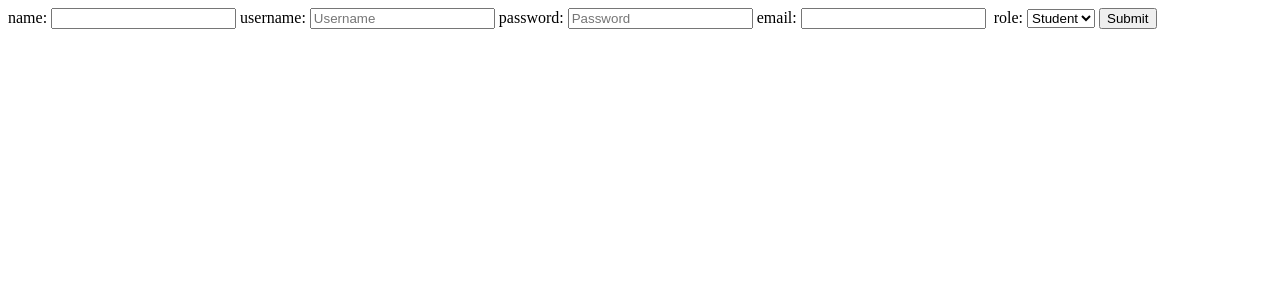
Repository: kkale14/My_allpr
Page: Kalyani1/src/main/webapp/Reg.html
These files come from the project's save history. The page is drawn as it stood at one moment and after the next save; the edit follows.
The browser window is 1280 px wide. The pictures show the whole page.

Above is the page before, as saved 2025-03-04 06:53:08.

After the next save:
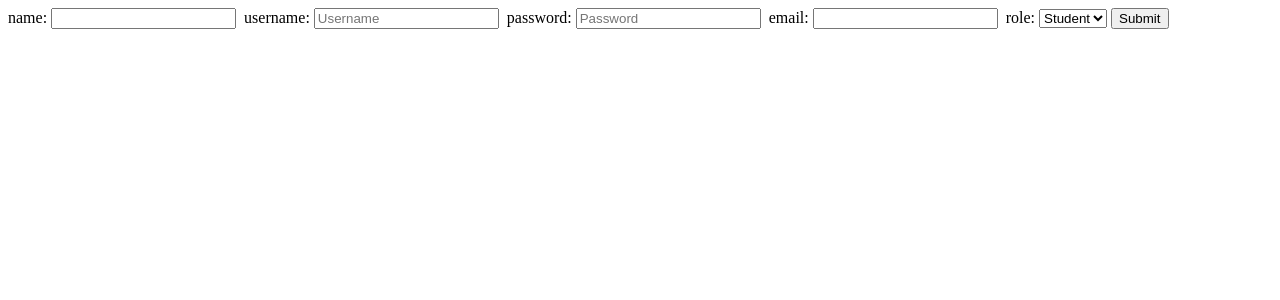
Saved 14 s later.
--- a/Kalyani1/src/main/webapp/Reg.html
+++ b/Kalyani1/src/main/webapp/Reg.html
@@ -12,16 +12,16 @@
 
 
             <label for="first_name">name:</label>
-            <input type="text"  name="name" required>
+            <input type="text"  name="name" required>&nbsp;
 
 
 
             <label for="username">username:</label>
-             <input type="text" name="username"  placeholder="Username" required>
+             <input type="text" name="username"  placeholder="Username" required>&nbsp;
 
 
              <label for="password">password:</label>
-            <input type="password"  name="password"  placeholder="Password" required>
+            <input type="password"  name="password"  placeholder="Password" required>&nbsp;
 
 
             <label for="email">email:</label>
